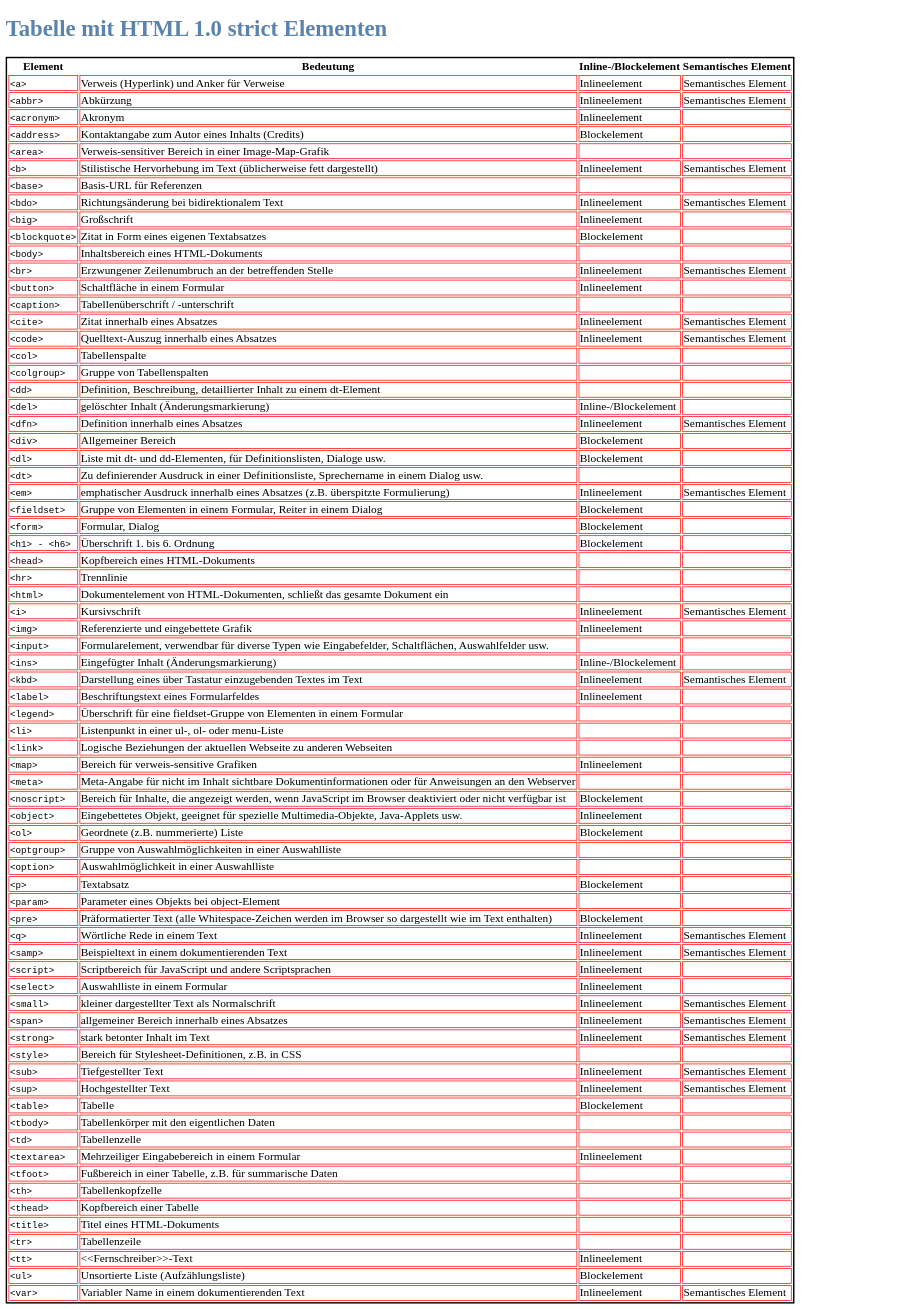
Repository: pLurchi/MyWebengineeringRepo
Page: RemoteSystemsTempFiles/HA-Kapitel06/WebContent/index.html
The author's editor kept a copy of each file at every save. The page is drawn from the files as they stood at one save, then again after the next save.
The browser window is 1280 px wide. The pictures show the whole page, at 71% of full size.

Above is the page before, as saved 2013-11-28 19:09:33.

After the next save:
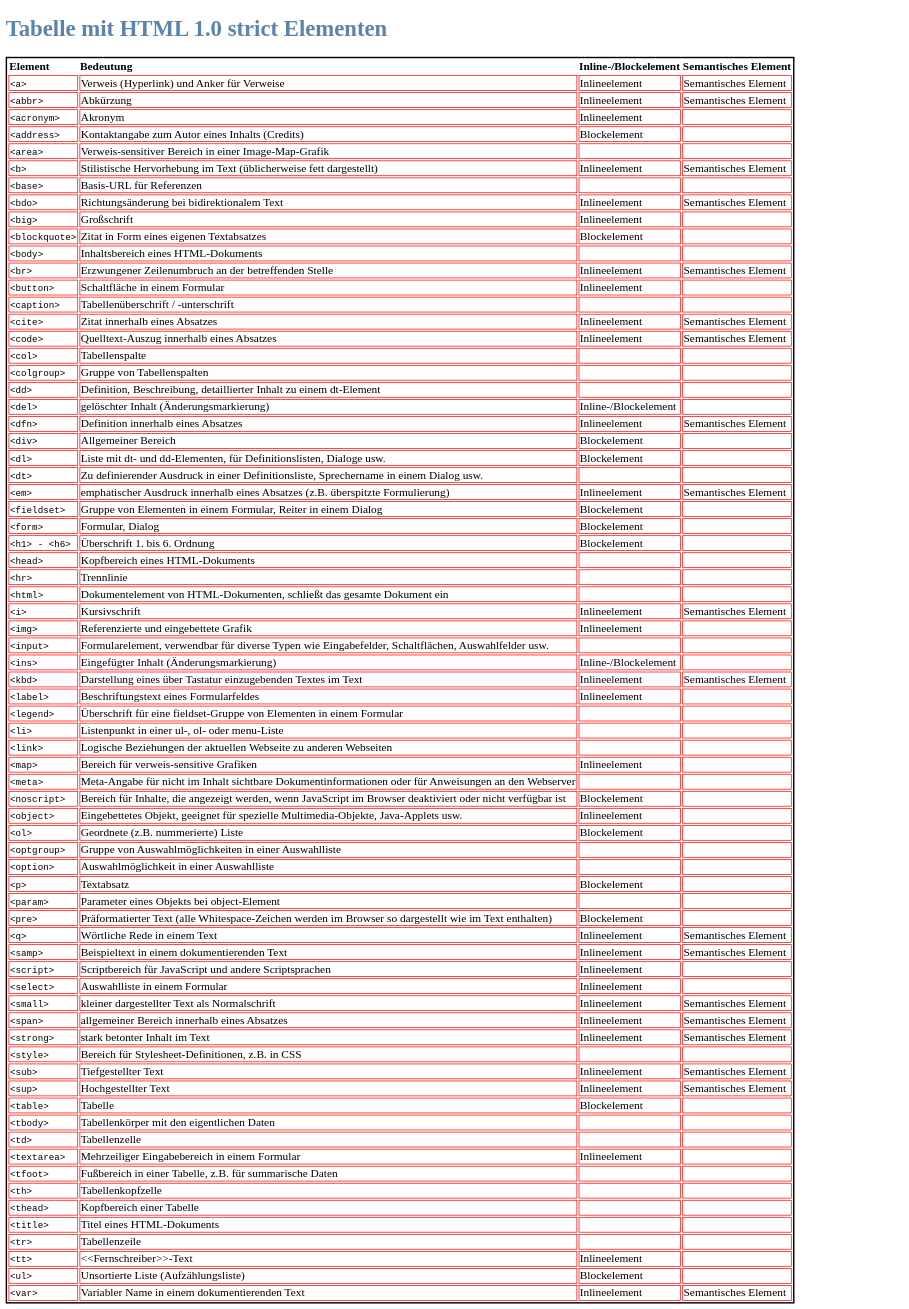
Saved 43 s later.
--- a/RemoteSystemsTempFiles/HA-Kapitel06/WebContent/CSS/stylesheet.css
+++ b/RemoteSystemsTempFiles/HA-Kapitel06/WebContent/CSS/stylesheet.css
@@ -15,11 +15,11 @@ table {
 
 td {
 	border: 1px solid red;
-	align: left;
+	text-align: left;
 	vertical-align:top;
 }
 
 th {
-	align: left;
+	text-align: left;
 	vertical-align:top;
 }
